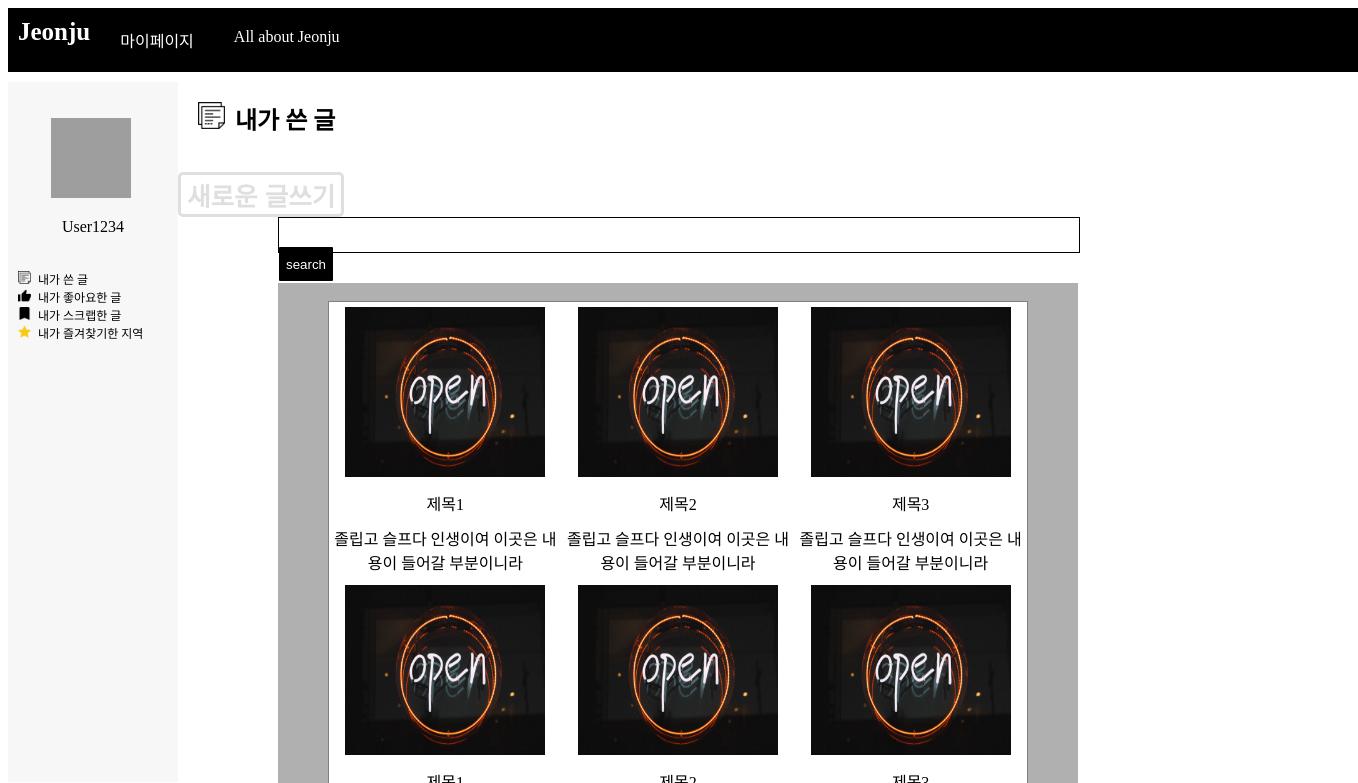
Repository: wka99/WEB-PROJECT
Page: Jeonju/WebContent/UserPage.html
These files come from the project's save history. The page is drawn as it stood at one moment and after the next save; the edit follows.
The browser window is 1280 px wide. The page is 1358 px wide, so the pictures cover 1358 px, including what lies to the right of the window. The pictures show the whole page.
Pictures or frames that could not be fetched are drawn as grey boxes. An inner scrolling area shows only its first screen. Some web libraries are served in a nearby version.

Above is the page before, as saved 2018-12-03 09:13:50.

After the next save:
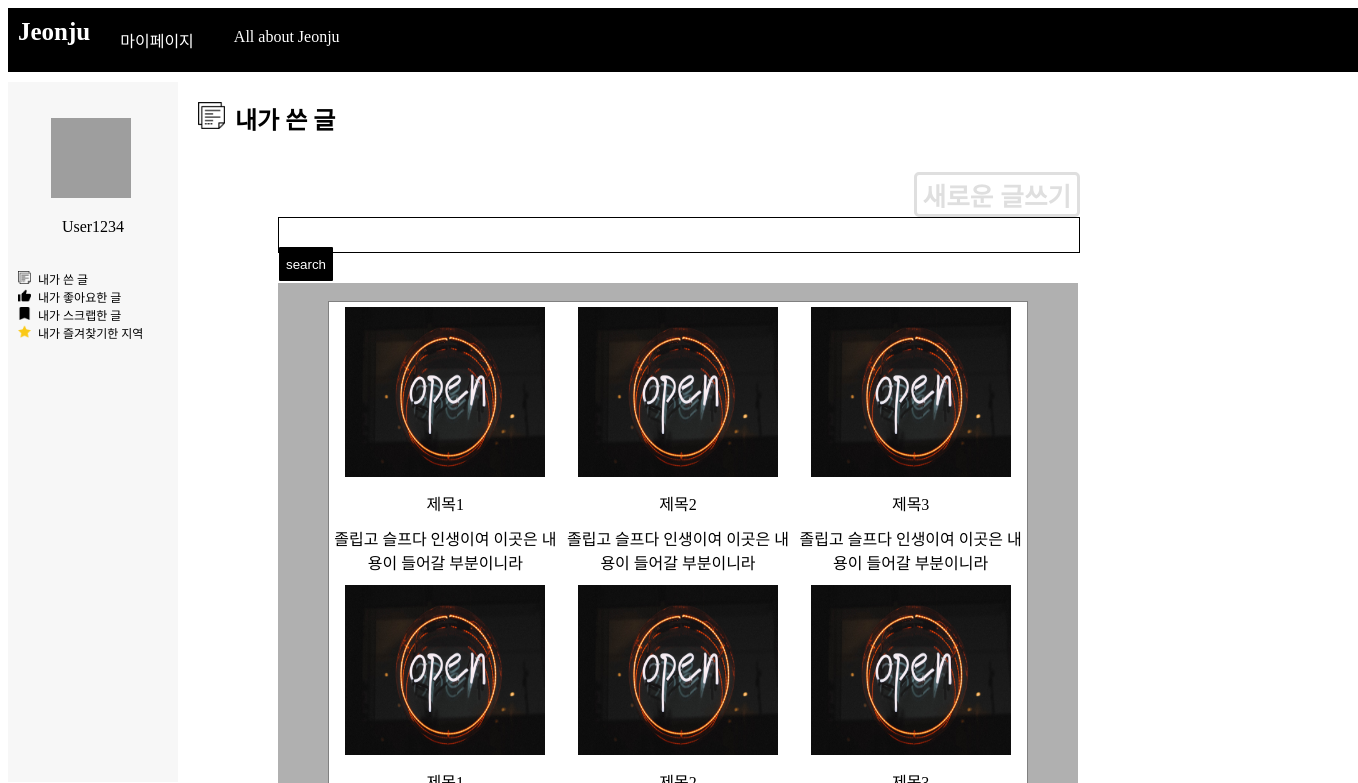
Saved 8 s later.
--- a/Jeonju/WebContent/UserPage.html
+++ b/Jeonju/WebContent/UserPage.html
@@ -49,7 +49,7 @@ $(document).ready(function(){
     		<b><font size="5">&nbsp;내가 쓴 글</font></b>
     	</div>
     	<br><br>
-    	<div align="left">
+    	<div align="right">
     		<button class="btn-2">새로운 글쓰기</button>
     	</div>
     	<div class="searchwindow">
